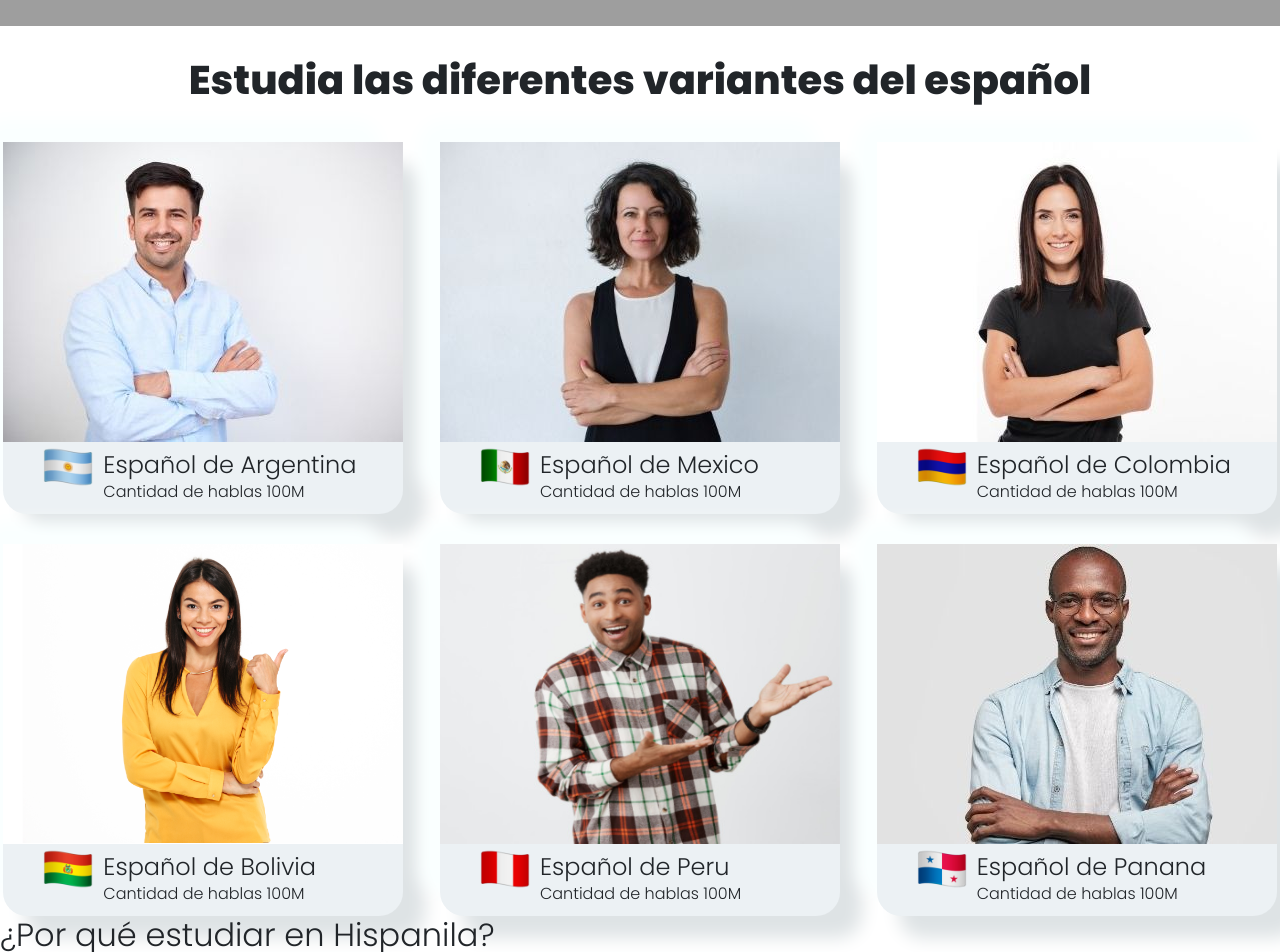
Repository: AgustinGarciaDev/Hispanila
Page: index.html
The author's editor kept a copy of each file at every save. The page is drawn from the files as they stood at one save, then again after the next save.
The browser window is 1280 px wide. The pictures show the part of the page from y = 639 to 1591 px (the page is 2407 px tall).
Pictures or frames that could not be fetched are drawn as grey boxes. Some web libraries are served in a nearby version. The style sheet was rebuilt from its Sass, Less or Tailwind sources for each picture, by a compiler version that may differ from the author's.

Above is the page before, as saved 2021-01-28 22:14:43.

After the next save:
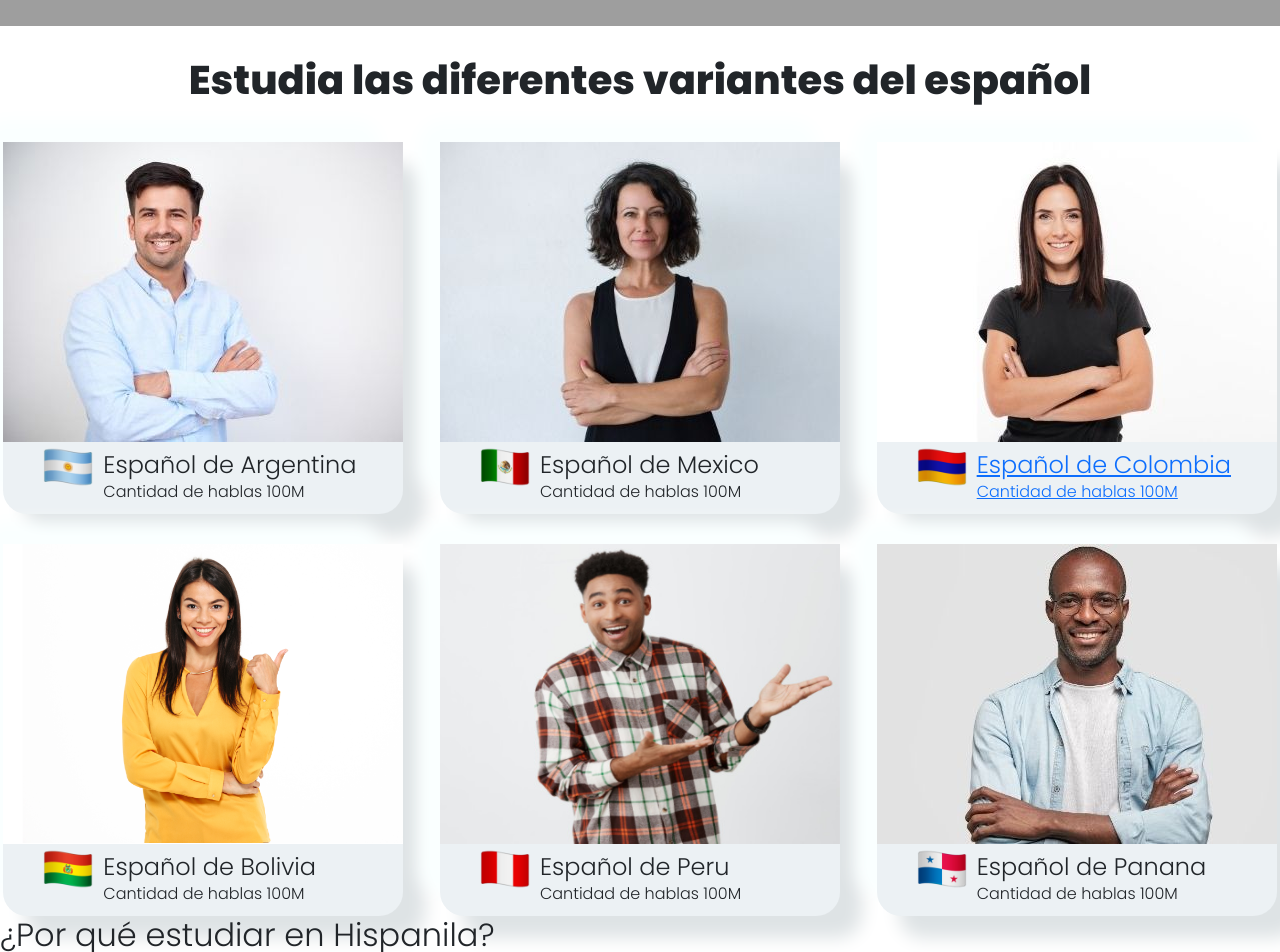
Saved 15 s later.
--- a/index.html
+++ b/index.html
@@ -94,8 +94,11 @@
                 <div class="content-band">
                     <img class="band" src="./img/ecuador.png" alt="">
                     <div class="info-card">
-                        <h4>Español de Colombia</h4>
-                        <p>Cantidad de hablas 100M</p>
+                        <a href="./searchteacer.html">
+                            <h4>Español de Colombia</h4>
+                            <p>Cantidad de hablas 100M</p>
+                        </a>
+
                     </div>
                 </div>
             </div>
